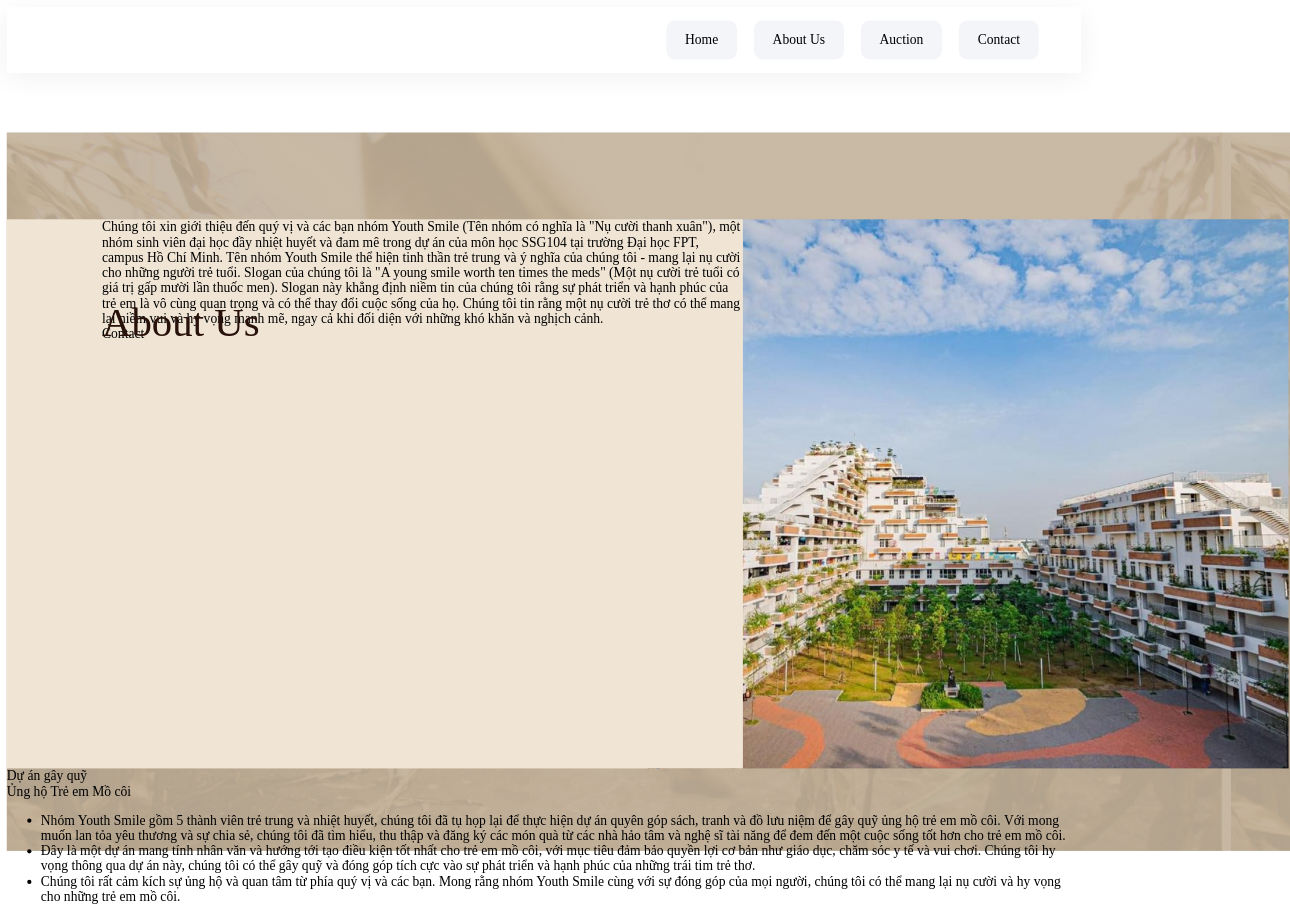
Repository: anatole24/Youth-Smile
Page: about.html
These files come from the project's save history. The page is drawn as it stood at one moment and after the next save; the edit follows.
The browser window is 1280 px wide. The page is 1518 px wide, so the pictures cover 1518 px, including what lies to the right of the window. The pictures show the whole page, at 85% of full size.
Some web fonts or font styles are not loaded; a fallback is used.

Above is the page before, as saved 2023-06-29 14:38:51.

### about.html
<!DOCTYPE html>
<head>
  <meta charset="UTF-8">
  <meta http-equiv="X-UA-Compatible" content="IE=edge">
  <meta name="viewport" content="width=device-width, initial-scale=1.0">
  <link rel="stylesheet" href="https://cdnjs.cloudflare.com/ajax/libs/font-awesome/6.4.0/css/all.min.css" integrity="sha512-iecdLmaskl7CVkqkXNQ/ZH/XLlvWZOJyj7Yy7tcenmpD1ypASozpmT/E0iPtmFIB46ZmdtAc9eNBvH0H/ZpiBw==" crossorigin="anonymous" referrerpolicy="no-referrer">
  <link rel="preconnect" href="https://fonts.googleapis.com">
  <link rel="preconnect" href="https://fonts.gstatic.com" crossorigin="">
  <link href="https://fonts.googleapis.com/css2?family=Dancing+Script&amp;family=Geologica&amp;family=Kaushan+Script&amp;family=Lobster&amp;family=Marck+Script&amp;family=Merienda&amp;family=Patrick+Hand&amp;family=Patrick+Hand+SC&amp;family=Playball&amp;family=Roboto&amp;family=Roboto+Condensed&amp;display=swap" rel="stylesheet">
  <link rel="stylesheet" href="header.css">
  <link rel="stylesheet" href="about.css">
  <title>About Us</title>
  <body>
    <div class="header">
      <div class="header_container">
        <div class="header_list"><a class="header_item" href="./index.html">Home</a><a class="header_item" href="./about.html">About Us</a><a class="header_item" href="./auction.html">Auction</a><a class="header_item" href="./contact.html">Contact</a></div>
      </div>
    </div>
    <section class="about">
      <div class="about-top">
        <div class="top-img"></div>
        <div class="top-left">
          <div class="left-title">About Us</div>
          <div class="left-content">Chúng tôi xin giới thiệu đến quý vị và các bạn nhóm Youth Smile (Tên nhóm có nghĩa là "Nụ cười thanh xuân"), một nhóm sinh viên đại học đầy nhiệt huyết và đam mê trong dự án của môn học SSG104 tại trường Đại học FPT, campus Hồ Chí Minh. Tên nhóm Youth Smile thể hiện tinh thần trẻ trung và ý nghĩa của chúng tôi - mang lại nụ cười cho những người trẻ tuổi. Slogan của chúng tôi là "A young smile worth ten times the meds" (Một nụ cười trẻ tuổi có giá trị gấp mười lần thuốc men). Slogan này khẳng định niềm tin của chúng tôi rằng sự phát triển và hạnh phúc của trẻ em là vô cùng quan trọng và có thể thay đổi cuộc sống của họ. Chúng tôi tin rằng một nụ cười trẻ thơ có thể mang lại niềm vui và hy vọng mạnh mẽ, ngay cả khi đối diện với những khó khăn và nghịch cảnh.</div><a class="left-button" href="./contact.html">Contact</a>
        </div>
        <div class="top-right"></div>
        <div class="top-image"></div>
      </div>
      <div class="about-center">
        <div class="center-img"></div>
        <div class="center-left"> </div>
        <div class="center-right">
          <div class="right-title">Dự án gây quỹ </div>
          <div class="right-title2">Ủng hộ Trẻ em Mồ côi</div>
          <div class="right-content">
            <ul>
              <li>Nhóm Youth Smile gồm 5 thành viên trẻ trung và nhiệt huyết, chúng tôi đã tụ họp lại để thực hiện dự án quyên góp sách, tranh và đồ lưu niệm để gây quỹ ủng hộ trẻ em mồ côi. Với mong muốn lan tỏa yêu thương và sự chia sẻ, chúng tôi đã tìm hiểu, thu thập và đăng ký các món quà từ các nhà hảo tâm và nghệ sĩ tài năng để đem đến một cuộc sống tốt hơn cho trẻ em mồ côi.</li>
              <li>Đây là một dự án mang tính nhân văn và hướng tới tạo điều kiện tốt nhất cho trẻ em mồ côi, với mục tiêu đảm bảo quyền lợi cơ bản như giáo dục, chăm sóc y tế và vui chơi. Chúng tôi hy vọng thông qua dự án này, chúng tôi có thể gây quỹ và đóng góp tích cực vào sự phát triển và hạnh phúc của những trái tim trẻ thơ.</li>
              <li>Chúng tôi rất cảm kích sự ủng hộ và quan tâm từ phía quý vị và các bạn. Mong rằng nhóm Youth Smile cùng với sự đóng góp của mọi người, chúng tôi có thể mang lại nụ cười và hy vọng cho những trẻ em mồ côi.</li>
            </ul>
          </div>
        </div>
      </div>
    </section>
  </body>
</head>

### header.css
:root {
  --primary-color: #c08d18bb;
}
body {
  overflow-x: hidden;
}
a {
  text-decoration: none;
  color: inherit;
}
button {
  cursor: pointer;
  outline: none;
  font: inherit;
  background-color: transparent;
  border: none;
}

.header {
  background-color: white;
  padding: 16px 0;
  box-shadow: 0px 6px 30px 0px rgba(15, 15, 15, 0.06);
  margin-bottom: 70px;
}
.header_container {
  margin: 0 auto;
}
.header_list {
  margin-right: 50px;
  display: flex;
  align-items: center;
  justify-content: flex-end;
  gap: 20px;
  flex-direction: row;
  flex-wrap: nowrap;
}
.header_item {
  padding: 14px 22px;
  border-radius: 10px;
  background-color: #f4f5f9;
  display: block;
  transition: background-color 0.2s linear, color 0.25s ease-in;
}
.header_item:hover {
  background-color: #c08d18bb;
  color: white;
}

### about.css
:root {
  --primary-color: #77472d;
  --second-color: #f0e5d5;
}
.top-img {
  width: 1510px;
  height: 845px;
  flex-shrink: 0;
  background: linear-gradient(
      0deg,
      rgba(234, 232, 218, 0.01) 0%,
      rgba(234, 232, 218, 0.01) 100%
    ),
    url("./images/a-back.png"), lightgray 50% / cover no-repeat;
}
.top-left {
  width: 754px;
  height: 646px;
  margin-top: -743px;
  flex-shrink: 0;
  background: #f0e5d5;
  padding-left: 112px;
  position: relative;
}
.left-title {
  position: absolute;
  top: 93px;
  width: 200px;
  height: 79.946px;
  color: #28110a;
  font-size: 48px;
  font-style: normal;
  font-weight: 400;
  line-height: normal;
}
.left-content {
}
.top-right {
  width: 754px;
  height: 646px;
  margin-top: -646px;
  margin-left: 754px;
  flex-shrink: 0;
  background: url("./images/fpt-campus.jpg") no-repeat center right/ cover;
  object-position: bottom;
}

After the next save:
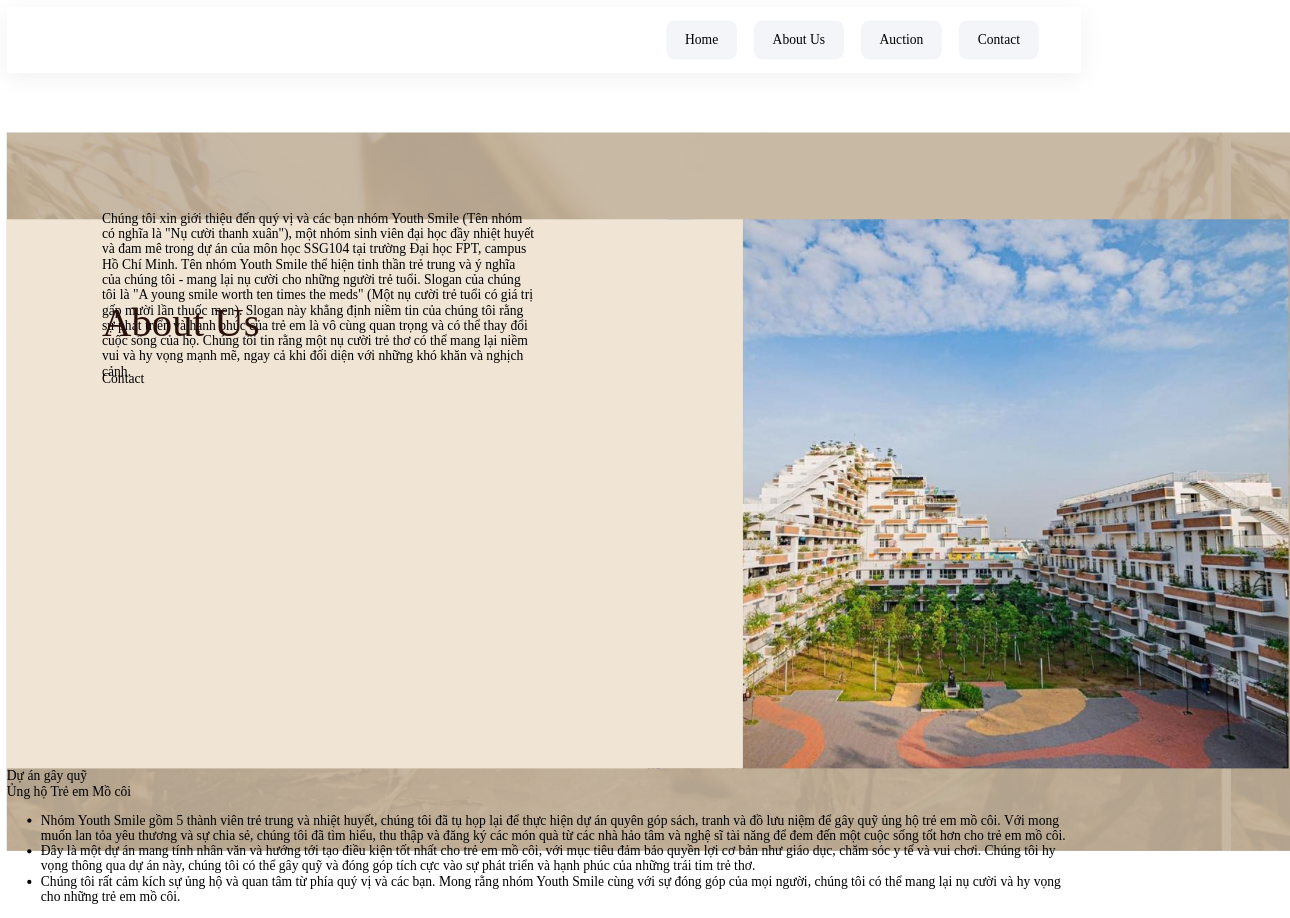
Saved 10 s later.
--- a/about.css
+++ b/about.css
@@ -34,6 +34,12 @@
   line-height: normal;
 }
 .left-content {
+  display: flex;
+  width: 509px;
+  height: 178px;
+  flex-direction: column;
+  justify-content: center;
+  flex-shrink: 0;
 }
 .top-right {
   width: 754px;
